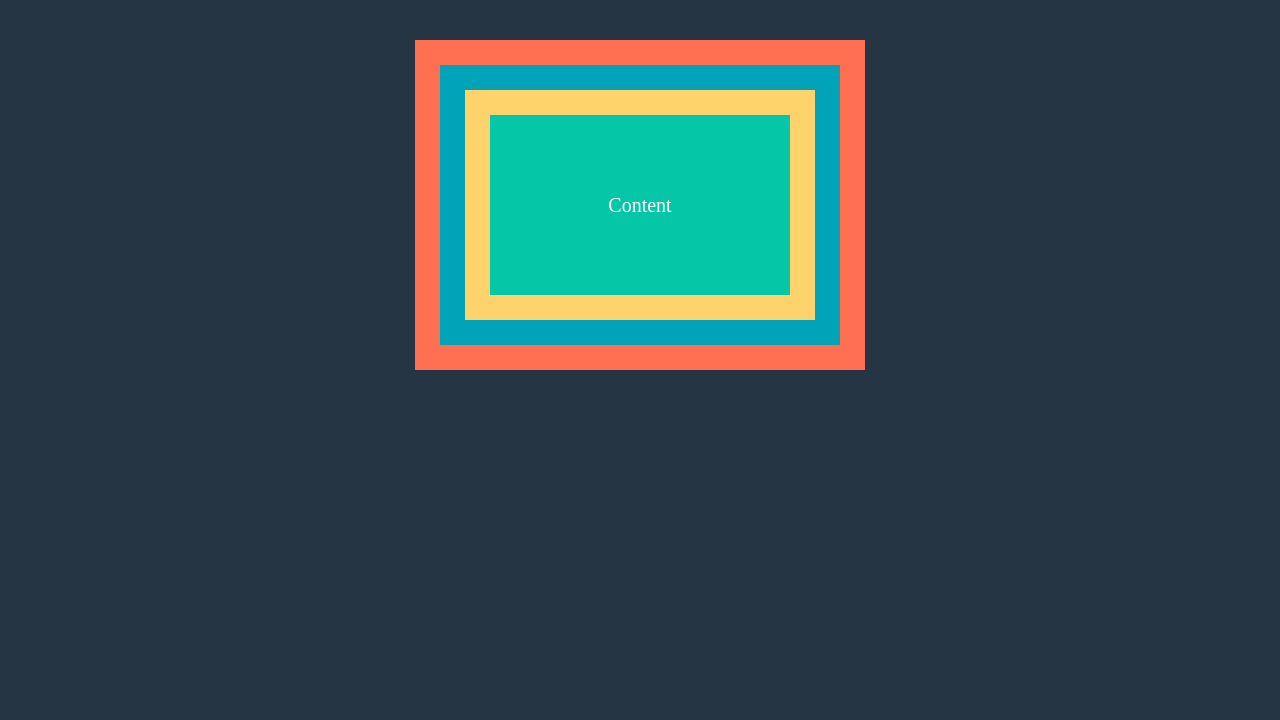
Repository: Glory998/ELCE1-32
Page: box.html
The author's editor kept a copy of each file at every save. The page is drawn from the files as they stood at one save, then again after the next save.
The browser window is 1280 px wide. The pictures show the whole page.

Above is the page before, as saved 2025-12-11 23:14:48.

After the next save:
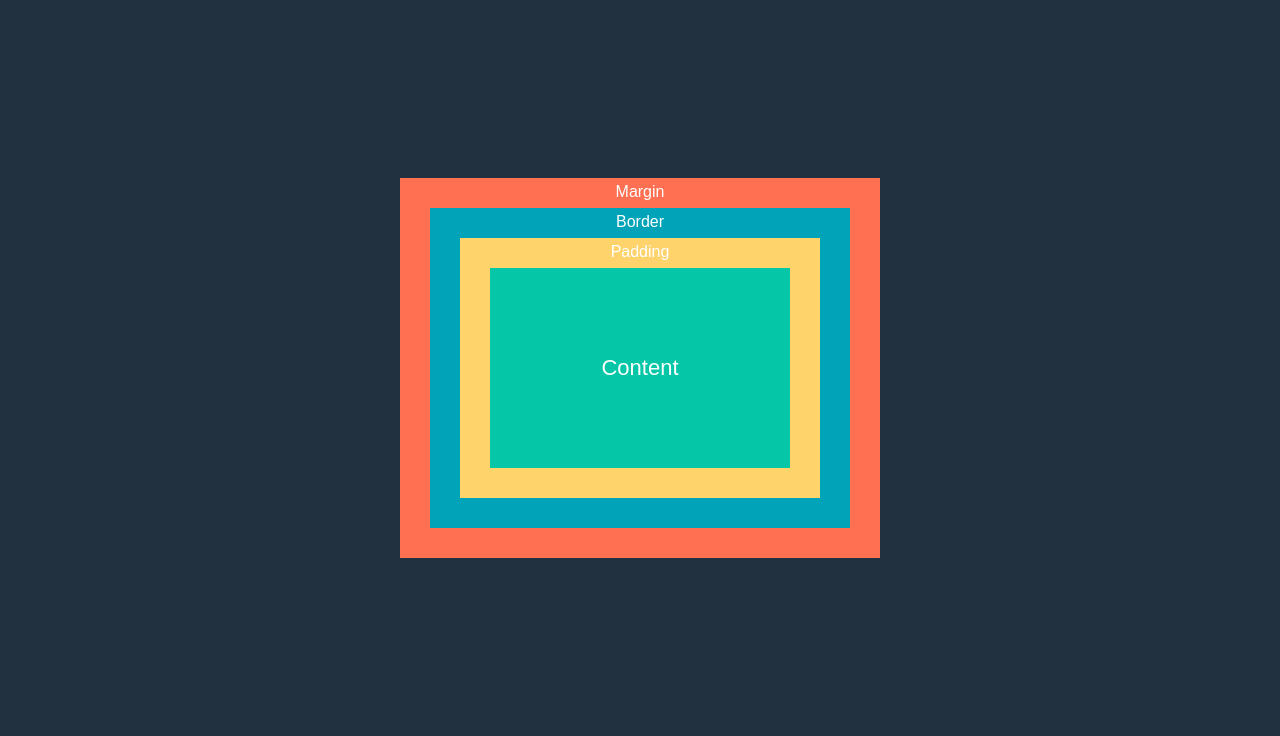
Saved 2 min 50 s later.
--- a/box.html
+++ b/box.html
@@ -2,31 +2,72 @@
 <html>
 <head>
 <style>
-.margin {
-  background:#ff6f52;
-  padding:25px;
-}
-.border {
-  background:#00a3b8;
-  padding:25px;
-}
-.padding {
-  background:#ffd36b;
-  padding:25px;
-}
-.content {
-  background:#06c6a8;
-  width:300px;
-  height:180px;
+body{
+  background:#223140;
   display:flex;
   justify-content:center;
   align-items:center;
-  font-size:20px;
+  height:100vh;
+  font-family:Arial;
   color:white;
+}
+
+/* OUTER LAYER – MARGIN */
+.margin{
+  background:#ff6f52;
+  padding:30px;
+  position:relative;
+}
+.margin::after{
+  content:"Margin";
+  position:absolute;
+  top:5px;
+  left:50%;
+  transform:translateX(-50%);
+}
+
+/* BORDER LAYER */
+.border{
+  background:#00a3b8;
+  padding:30px;
+  position:relative;
+}
+.border::after{
+  content:"Border";
+  position:absolute;
+  top:5px;
+  left:50%;
+  transform:translateX(-50%);
+}
+
+/* PADDING LAYER */
+.padding{
+  background:#ffd36b;
+  padding:30px;
+  position:relative;
+}
+.padding::after{
+  content:"Padding";
+  position:absolute;
+  top:5px;
+  left:50%;
+  transform:translateX(-50%);
+}
+
+/* CONTENT BOX */
+.content{
+  background:#06c6a8;
+  width:300px;
+  height:200px;
+  display:flex;
+  justify-content:center;
+  align-items:center;
+  font-size:22px;
+  position:relative;
 }
 </style>
 </head>
-<body style="background:#263544; display:flex; justify-content:center; margin-top:40px;">
+<body>
 
 <div class="margin">
   <div class="border">
